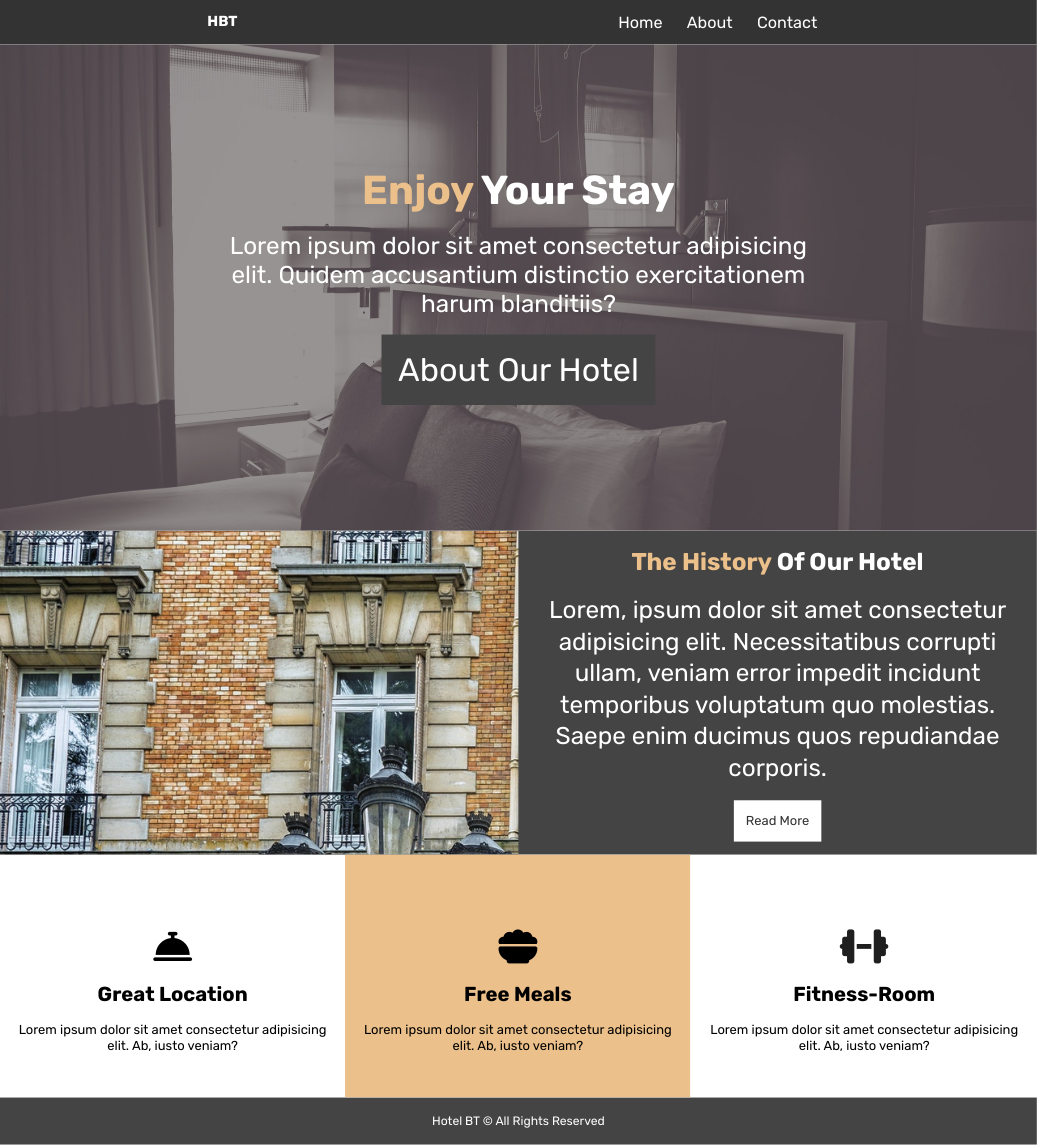
Repository: reemoon-ctrl/35---hotel-website
Page: index.html
The author's editor kept a copy of each file at every save. The page is drawn from the files as they stood at one save, then again after the next save.
The browser window is 1280 px wide. The pictures show the whole page, at 81% of full size.
Some web libraries are served in a nearby version.

Above is the page before, as saved 2024-07-24 19:44:21.

### index.html
<!DOCTYPE html>
<html lang="en">
<head>
    <meta charset="UTF-8">
    <meta name="viewport" content="width=device-width, initial-scale=1.0">
    <title>HBT| hotel website</title>
    <link rel="stylesheet" href="index.css"/>
    <style>
    @import url('https://fonts.googleapis.com/css2?family=Rubik:ital,wght@0,300..900;1,300..900&display=swap');

    </style>
    <script src="https://kit.fontawesome.com/6132f3c84f.js" crossorigin="anonymous"></script>

</head>
<body>
    <header>
        <ul class="nav-bar">
            <li class="title"><a href="">HBT</a></li>
            <div class="bag-nav-row" >
            <li class="bag-nav"><a href="contact.html">Contact</a></li>
            <li class="bag-nav"><a href="about.html">About</a></li>
            <li class="bag-nav"><a href="index.html">Home</a></li>
            </div>
        </ul>

    </header>

    <header class="mainheader" >
        <div class="mainheadertxt">
            <h1><span class="fword">Enjoy</span> Your Stay</h1>
            <p>Lorem ipsum dolor sit amet
                consectetur adipisicing elit.
                Quidem accusantium distinctio
                exercitationem harum blanditiis?
            </p>
            <a href="about.html" >About Our Hotel</a>
        </div>
    </header>

    <main class="main-content">
        <div class="hotelimg"></div>
        <div class="hotel-disc">
            <h3><span class="fword">The History </span>Of Our Hotel</h3>
            <p>Lorem, ipsum dolor sit amet consectetur adipisicing elit. Necessitatibus corrupti ullam, veniam error impedit incidunt temporibus voluptatum quo molestias. Saepe enim ducimus quos repudiandae corporis.</p>
            <a href="about.html">Read More</a>
        </div>

    </main>

    <aside class="aside-bar">
        <ul >
            <div class="ul">
                <div class="fli" ><i class="fa-solid fa-bell-concierge fa-3x"></i> <li ><h4>Great Location</h4>
                    <p>Lorem ipsum dolor sit amet consectetur adipisicing elit. Ab, iusto veniam?</p>

                </li></div>
                <div class="sli"><li > <i class="fa-sharp-duotone fa-solid fa-bowl-food fa-3x" style="--fa-primary-color: #1f1f1f; --fa-secondary-color: #1f1f1f;"></i><h4>Free Meals</h4>
                    <p>Lorem ipsum dolor sit amet consectetur adipisicing elit. Ab, iusto veniam?</p>

                </li></div>
                <div class="thli"><li ><i class="fa-solid fa-dumbbell fa-3x" style="color: #1f1f1f;"></i><h4 >Fitness-Room</h4>
                    <p>Lorem ipsum dolor sit amet consectetur adipisicing elit. Ab, iusto veniam?</p>

                </li></div>
            </div>
        </ul>
    </aside>

    <footer>
        <p>Hotel BT &copy; All Rights Reserved</p>

    </footer>

</body>
</html>

### index.css
*{
    padding: 0px;
    margin: 0px;
    box-sizing: border-box;
    font-family: "Rubik", sans-serif;
    font-optical-sizing: auto;




}
.nav-bar{
    list-style:none;
    overflow: auto;
    /* clear:both; */
    background: #333333;
    font-size: 20px;
    text-align: center;
    height: 55px;

}

.bag-nav-row{
    margin-right: 20%;
}
.title{
    float: left;
    margin-left: 20%;
    font-weight: bold;
    font-size:18px ;

    text-align: center;
    padding:15px 0px;

}
.title  a{
    text-decoration: none;
    color:#fff;
}


.bag-nav{
    float: right;
    font-size: 20px;


}
.bag-nav-row li a{
    text-decoration: none;
    padding: 15px;
    display: inline-block;
    color: #fff;
}

.bag-nav-row li a:hover{
    background: #444444;
    color:#ecc08a;
}
.bag-nav-row li a:active{
    background: #444444;
    color:#ecc08a;
}


.mainheader{
    background-image: url("img/showcase.jpg") ;
    background-color: #cccccc;
    height:600px;
    background-position: center;
    background-repeat: no-repeat;
    background-size:cover;
    position: relative;
}
.mainheadertxt{
    /* margin: auto; */
    padding: 150px 20%;
    position:relative;
    text-align: center;
    /* margin-top: 20px; */
    color:#fff;
}
.mainheadertxt h1{
    font-size:50px;

}

.mainheadertxt p{
    margin:20px;
    font-size: 30px;
}
.mainheadertxt a{
    position:relative;
    display: block;
    width: fit-content;
    background: #444444;
    text-decoration:none ;
    color: #fff;
    top:50%;
    margin-top: 30px;
    margin: auto;
    font-size: 40px;

    padding: 20px;
}
.mainheadertxt a:hover{
    background: #ecc08a;
    cursor: pointer;
    color:#333333;

}
.fword{
    color:#ecc08a
}
.main-content{
    width:100%;
    height:400px;
    overflow: auto;
    background: #444444;
    color: #fff;
}
.hotelimg{
    width:50%;
    float:left;

    min-height:100% ;
    background: url('img/photo-1.jpg') no-repeat;
}
.hotel-disc{
    /* padding-top: 100px; */
    padding:20px 10px;
    width:50%;
    height:40px;
    float:right;
    text-align: center;
    /* margin-top:px; */
    line-height: 1.3;
    /* padding:20px; */

}
.hotel-disc h3{
    font-size: 30px;
    /* font-size: xx-large; */
    margin-bottom: 20px;
}
.hotel-disc a{
    position:relative;
    display: block;
    width: fit-content;
    text-decoration:none ;
    color: #333333;
    padding: 15px;
    margin:auto;
    margin-top: 20px;
    background: #fff;

}
.hotel-disc a:hover{
    background: #ecc08a;
}
.hotel-disc p{
    font-size: 30px;
}

.aside-bar{
    height: 300px;
    overflow: auto;
    clear:both;

}
.ul{
    list-style: none;
    text-align: center;
    margin:auto;
    height:300px;
}
.fli{
    padding: 60px;
    margin: auto;
    float: left;
    width:33.3%;
    height: 300px;
    padding: 90px 20px;
}
.fli h4{
    font-size: 25px;
    margin-bottom: 20px;
    margin-top: 20px;
}
.sli h4{
    margin-top: 20px;
    font-size: 25px;
    margin-bottom: 20px;
}
.thli h4{
    margin-top: 20px;
    font-size: 25px;
    margin-bottom: 20px;
}
.sli{
    float:left;
    width:33.3%;
    background-color:#ecc08a;
    height: 300px;
    padding: 90px 20px;

}
.thli{
    float:right;
    width:33.3%;
    height: 300px;
    margin: auto;
    height: 300px;
    padding: 90px 20px;
}

footer p{
    text-align: center;
    font-size: 15px;
    color: #fff;
    background: #444444;
    padding: 20px;
}

/* ///////////////about website////////////////// */
.s-header{
    overflow: auto;
    clear: both;
    margin: auto;
    margin: 50px 20%;
    /* height: 500px; */
}
.header-content{
    float:left;
    width:40%;

}
.header-content h1{
    font-size: 50px;
}
.header-content p{
    font-size: 28px;
    margin-top: 20px;
    line-height: 1.3;
}
.hotel-img2{
    height:400px;
    width: 40%;
    float: right;
    border-radius:50%;
}
.comment{
    overflow: auto;
    background:#ecc08a;
    margin: 20px 20%;
    border-radius: 20px;

}
.aside-content{
    background-image: url(img/test-bg.jpg) ;
    background-color: #cccccc;
    height:900px;
    background-position: center;
    background-repeat: no-repeat;
    background-size: cover;
    position: relative;
    width: 100%;



}
.aside-content h1{
    margin: 20px 20%;
    text-align: center;
    color: #FFF;
    font-size: 50px;
    padding-top: 100px;
    padding-bottom: 50px;

}
.comment img{
    padding-top: 30px;
width:200px ;
height:200px ;
border-radius: 200px;
float: left;
padding-right: 20px;
padding-left: 20px;
margin-bottom: 50px;
}
.comment p{
padding-top: 70px;
font-size: 28px;
color: #333333;


}
/* ///////////////about style///////////// */
form h1{
    margin-bottom: 20px;
    font-size: 50px;

}
form p{
    font-size: 25px;

}

.form-label label{
    display: block;

}
.form-label input{
    width:100%;
    padding:10px;
    font-size: 28px;
    border:#ddd solid 1px;
    /* border: 3px solid #ccc; */
    -webkit-transition: 0.5s;
    transition: 0.5s;
    outline: none;

}
.form-label input[type=text]:focus{
    border: 2px solid #ecc08a;
}
.form-label{
    font-size: 35px;
    margin-top: 20px;
}
.submit-input:hover{
    border: 2px solid #ecc08a;
    background: #ecc08a;
    color:#444444;
}
textarea{
    width: 100%;
    height: 250px;
    padding: 12px 20px;
    box-sizing: border-box;
    border: 1px solid #ddd;
    border-radius: 4px;
    /* background-color: #f8f8f8; */
    resize:none;
    font-size: 20px;
    -webkit-transition: 0.5s;
    transition: 0.5s;
    outline: none;

}
textarea:focus{
    border: 2px solid #ecc08a;
}
.submit-input{
 padding: 20px;
 /* text-align: center; */
 width:200px;
 cursor: pointer;
 margin: 30px 0px;
 background: #333333;
 color: #FFF;
 font-size: 20px;


}
.form-container{
    margin: 40px 20%;
    height:800px;
}
.fli-about{
    padding: 60px;
    margin: auto;
    float: left;
    width:33%;
    height: 300px;
    padding: 90px 20px;
    color:#ddd;
}
.fli-about h4{
    font-size: 35px;
    margin-bottom: 20px;
}
.fli-about p{
    font-size: 28px;
}
.sli-about h4{
    font-size: 35px;
    margin-bottom: 20px;
}
.sli-about p{
    font-size: 28px;
}
.thli-about h4{
    font-size: 35px;
    margin-bottom: 20px;
}
.thli-about p{
    font-size: 28px;
}
.sli-about{
    float:left;
    width:33%;
    color: #ddd;
    height: 300px;
    padding: 90px 20px;

}
.thli-about{
    float:right;
    width:33%;
    height: 300px;
    margin: auto;
    height: 300px;
    padding: 90px 20px;
    background: #333333;
    color: #ddd;
}
.ul-about{
    list-style: none;
    text-align: center;
    margin:auto;
    height:300px;
    background: #333333;
}

After the next save:
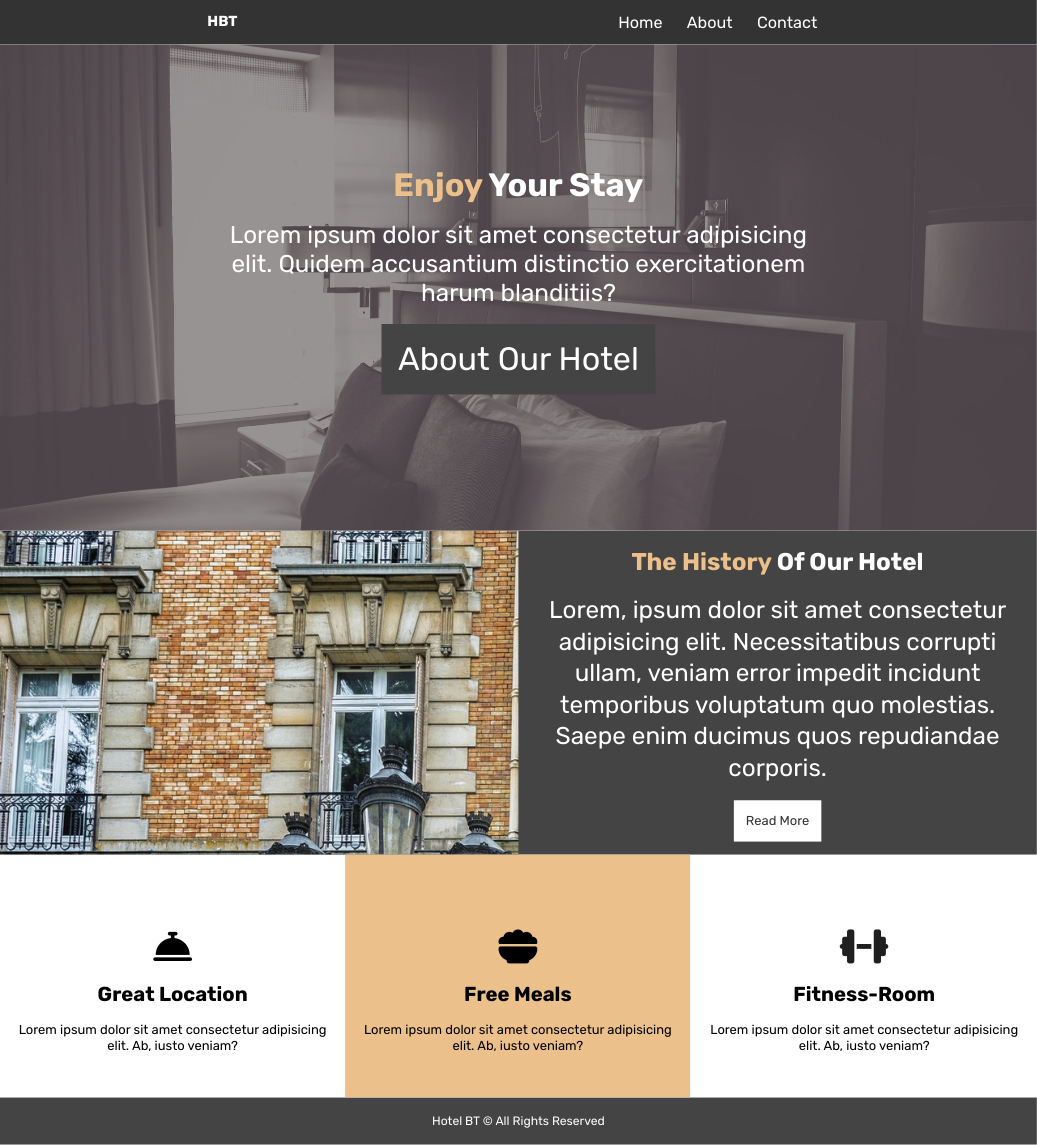
Saved 31 s later.
--- a/index.css
+++ b/index.css
@@ -80,7 +80,7 @@
     color:#fff;
 }
 .mainheadertxt h1{
-    font-size:50px;
+    font-size:40px;
 
 }
 
